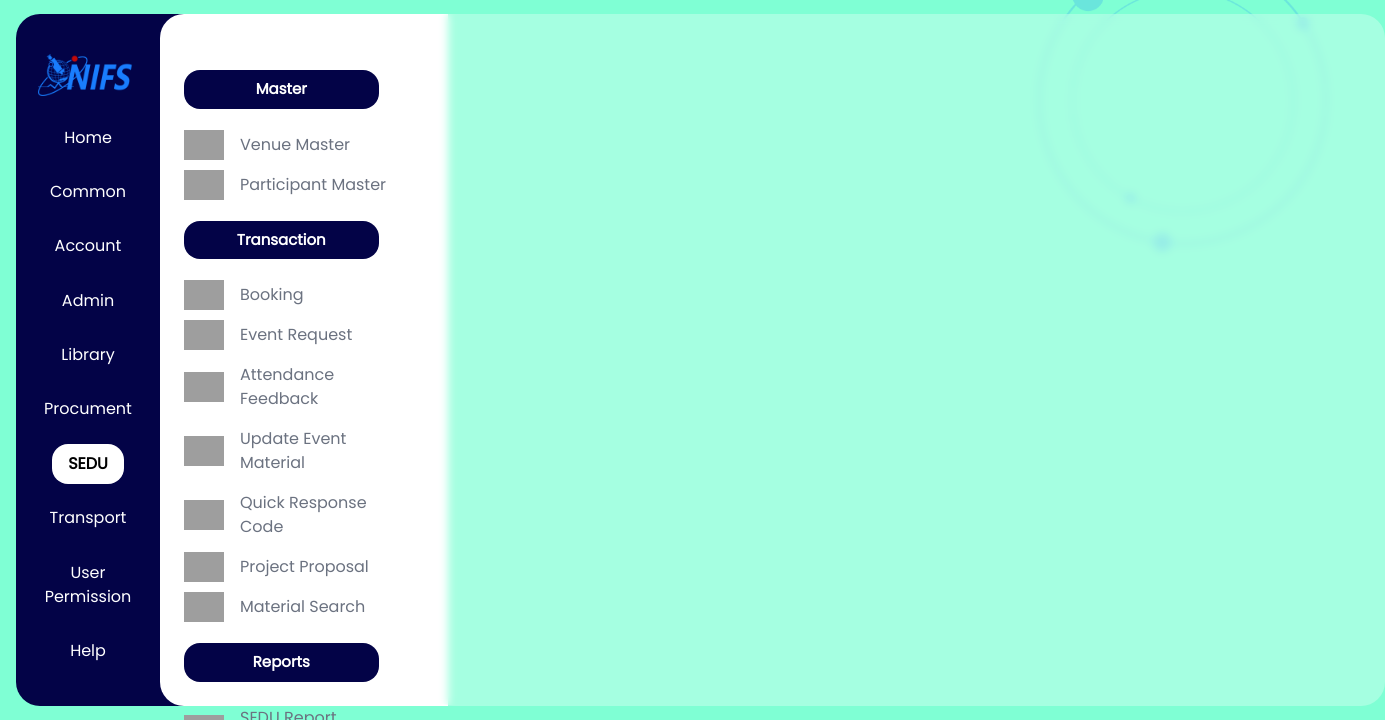
Repository: virangaj/NIFS-WebApp
Page: /sedu (app in client/)
These files come from the project's save history. The page is drawn as it stood at one moment and after the next save; the edit follows.
The browser window is 1280 px wide. The page is 1385 px wide, so the pictures cover 1385 px, including what lies to the right of the window. The pictures show the whole page.
Pictures or frames that could not be fetched are drawn as grey boxes. The project was rebuilt for these pictures with package versions that can differ from the ones it lists, and the page was loaded fresh each time. Also part of the build but not shown: client/src/pages/Login.tsx, client/src/pages/Home.tsx, client/src/components/Transport/shared/TransportNavbar.js, client/src/pages/TransportMainPage.tsx, client/src/pages/CommonMainPage.tsx, client/src/pages/AccountMainPage.tsx, client/src/pages/AdminMainPage.tsx, client/src/pages/LibraryMainPage.js and 15 more.

Above is the page before, as saved 2022-07-31 03:01:56.

After the next save:
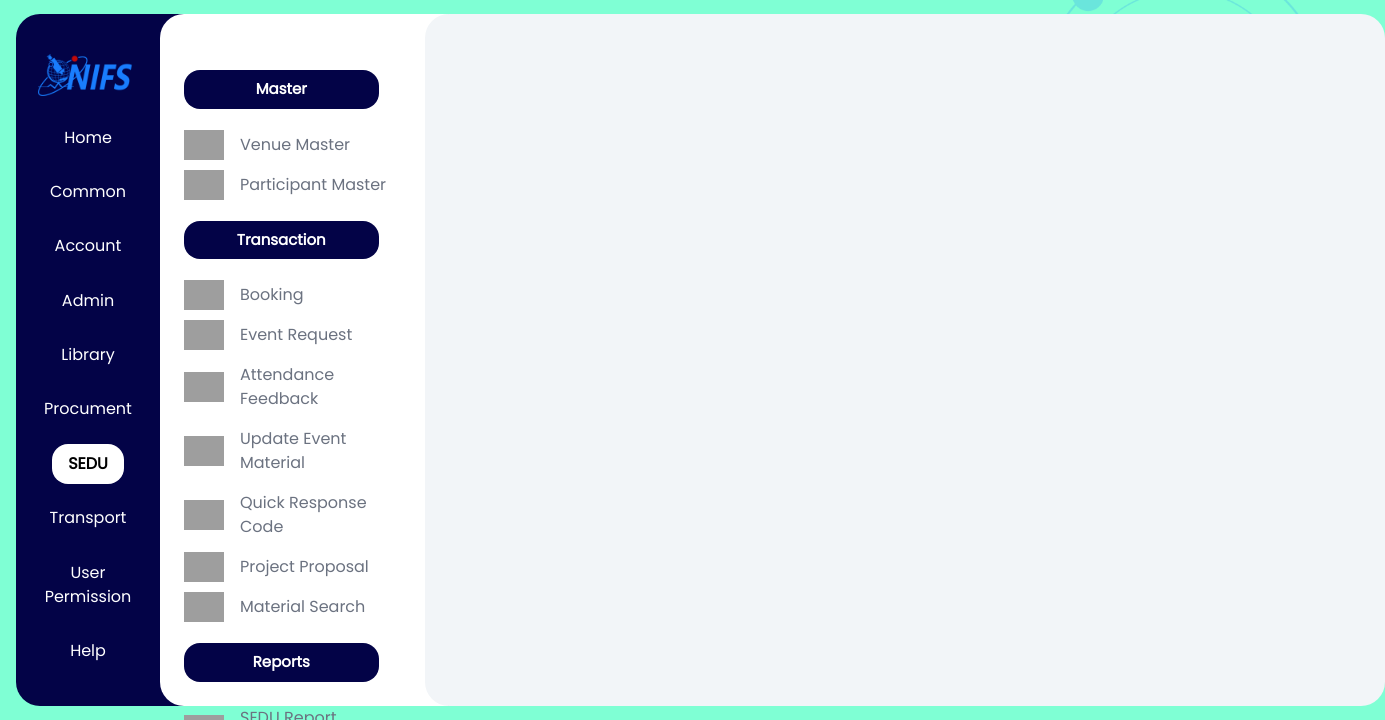
Saved 6 s later.
--- a/client/src/pages/SeduMainPage.tsx
+++ b/client/src/pages/SeduMainPage.tsx
@@ -38,7 +38,7 @@ function SeduMainPage() {
 				<img src={Dots} alt="Dots" />
 			</div>
 
-			<div className='absolute left-[425px] top-[2vh] rounded-3xl overflow-y-scroll pl-10 pt-8 pr-4 pb-4 custom-scroll backdrop-blur-sm bg-white/30'>
+			<div className='absolute left-[425px] top-[2vh] bg-body-content-bg rounded-3xl overflow-y-scroll pl-10 pt-8 pr-4 pb-4 custom-scroll backdrop-blur-sm bg-black/30'>
 
 
 				<Routes>
